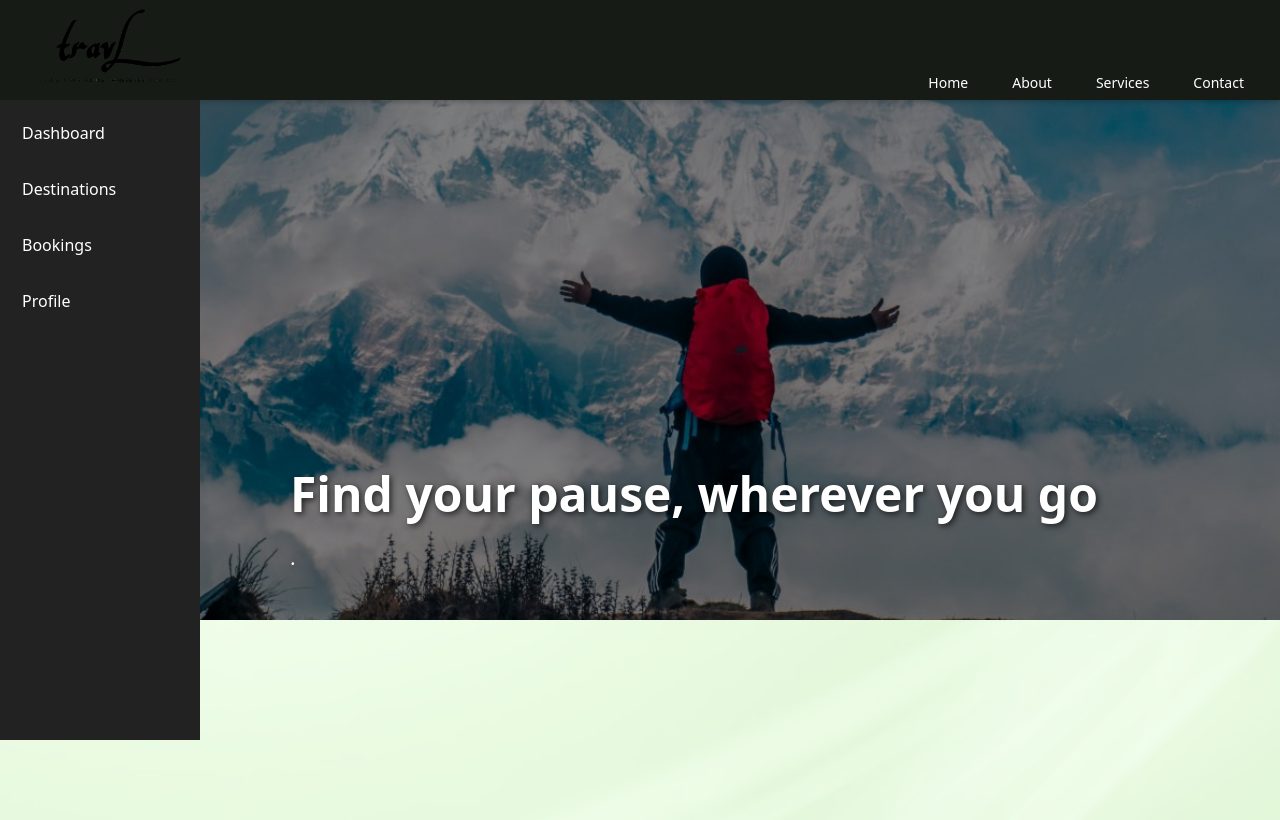
Repository: Nakib-Arman/Javafest25---travL
Page: / (app in Frontend/)
The author's editor kept a copy of each file at every save. The page is drawn from the files as they stood at one save, then again after the next save.
The browser window is 1280 px wide. The pictures show the whole page.
Pictures or frames that could not be fetched are drawn as grey boxes. The project was rebuilt for these pictures with package versions that can differ from the ones it lists, and the page was loaded fresh each time. Also part of the build but not shown: Frontend/vite.config.js.

Above is the page before, as saved 2025-08-13 01:13:40.

### Frontend/src/App.jsx
import { useState } from 'react'

import Home from './Components/Home'

function App() {
  const [count, setCount] = useState(0)

  return (
    <div>
      <Home/>
    </div>
  )
}

export default App

### Frontend/src/Components/Home.jsx
import React, { useState, useEffect } from 'react';
import '../CSS/Home.css';
import Topbar from './Topbar';
import Sidebar from './Sidebar';

import img1 from '../assets/travel1.jpg';
import img2 from '../assets/travel2.jpg';
import img3 from '../assets/travel3.jpg';
import logo from '../assets/Logo1.png';  // adjust the path as needed


export default function Home() {
  const images = [img1, img2, img3];
  const [currentIndex, setCurrentIndex] = useState(0);

  useEffect(() => {
    const timer = setInterval(() => {
      setCurrentIndex((prev) => (prev + 1) % images.length);
    }, 8000);
    return () => clearInterval(timer);
  }, [images.length]);

  return (
    <div className="home-container">
      <Topbar />
      <Sidebar />

      <div className="slideshow-container">
        <div
          className="slide-track"
          style={{ transform: `translateX(-${currentIndex * 100}%)` }}
        >
          {images.map((src, idx) => (
            <img key={idx} src={src} alt={`Slide ${idx}`} className="slide-image" />
          ))}
        </div>

        <div className="overlay-text">
          <h1>Find your pause, wherever you go</h1>
          <p>.</p>
        </div>
      </div>
    </div>
  );
}

### Frontend/src/CSS/Home.css
.home-container {
    margin: 0;
    padding: 0;

    height: 100vh;
    width: 100vw;

    background-image: url('../assets/background2.jpg');
    background-position: center;
    background-repeat: no-repeat;
    background-size: cover;

    position: relative;
    color: black;
}


.home-container::before {
    content: '';
    position: absolute;
    top: 0;
    left: 0;
    right: 0;
    bottom: 0;
    background: rgba(241, 255, 238, 0.9);
    z-index: 1;
    pointer-events: none;
  }



/* Slideshow adjusted to leave space for navbars */
.slideshow-container {
    position: relative;
    margin-top: 100px;
    /* space for topbar */
    margin-left: 180px;
    /* space for sidebar */
    width: calc(100% - 180px);
    height: calc(100% - 200px);
    /* 60% of viewport height */
    overflow: hidden;
    background-color: black;
    /* fallback */
    z-index: 2;
}

.slide-track {
    display: flex;
    transition: transform 0.8s ease-in-out;
    height: 100%;
}

.slide-image {
    min-width: 100%;
    height: 100%;
    object-fit: cover;
    opacity: 0.5;
}

/* Text overlay on slideshow */
.overlay-text {
    position: absolute;
  bottom: 5%;
  left: 10%;
  transform: none;
  text-align: left;
  color: white;
  text-shadow: 2px 2px 6px rgba(0, 0, 0, 0.7);
  z-index: 2;
}

.overlay-text h1 {
    font-size: 3rem;
    margin-bottom: 10px;
}

.overlay-text p {
    font-size: 1.3rem;
}

### Frontend/src/Components/Topbar.jsx
// src/components/Topbar.js
import React from 'react';
import '../CSS/Topbar.css';

export default function Topbar() {
  return (
    <nav className="topbar">
      <a className="logo-link" href="/"></a>

      <div className="nav-buttons">
        <button>Home</button>
        <button>About</button>
        <button>Services</button>
        <button>Contact</button>
      </div>
    </nav>
  );
}

### Frontend/src/Components/Sidebar.jsx
// src/components/Sidebar.js
import React from 'react';
import '../CSS/Sidebar.css';

export default function Sidebar() {
  return (
    <div className="sidebar">
      <button>Dashboard</button>
      <button>Destinations</button>
      <button>Bookings</button>
      <button>Profile</button>
    </div>
  );
}

### Frontend/src/CSS/Topbar.css
.topbar {
    position: fixed;
    top: 0;
    left: 0;
    right: 0;
    height: 100px;
    background-color: #161b16;
    display: flex;
    justify-content: space-between;
    align-items: flex-end;
    padding: 0 20px;
    box-shadow: 0 2px 5px rgba(0,0,0,0.2);
    z-index: 1000;
  }

  /* Logo */
  .logo-link {
    display: inline-block;
    height: 100px;   /* make bigger if needed */
    width: 180px;
    background-image: url('../assets/Logo1.png');
    background-size: contain;
    background-repeat: no-repeat;
    background-position: center;
  }

  /* Navigation buttons container */
  .nav-buttons {
    display: flex;
    gap: 12px;
  }

  /* Button styling */
  .nav-buttons button {
    background-color: transparent;
    color: white;
    border: none;
    padding: 8px 16px;
    border-radius: 6px;
    font-size: 14px;
    font-weight: 500;
    cursor: pointer;
    transition: background-color 0.3s ease;
  }

  .nav-buttons button:hover {
    background-color: white;
    color: black;
  }

### Frontend/src/CSS/Sidebar.css
.sidebar {
    position: fixed;
    top: 100px; /* below topbar height */
    left: 0;
    width: 180px;
    height: calc(100vh - 100px);
    background-color: #222;
    display: flex;
    flex-direction: column;
    padding: 10px;
    gap: 10px;
    z-index: 1000;
  }

  .sidebar button {
    background-color: transparent;
    color: white;
    border: none;
    padding: 12px;
    text-align: left;
    border-radius: 4px;
    cursor: pointer;
    transition: background-color 0.3s ease;
  }

  .sidebar button:hover {
    background-color: #666;
  }

Loaded but not shown: Frontend/index.html (common file); Frontend/src/main.jsx (common file); Frontend/src/index.css (common file)

After the next save:
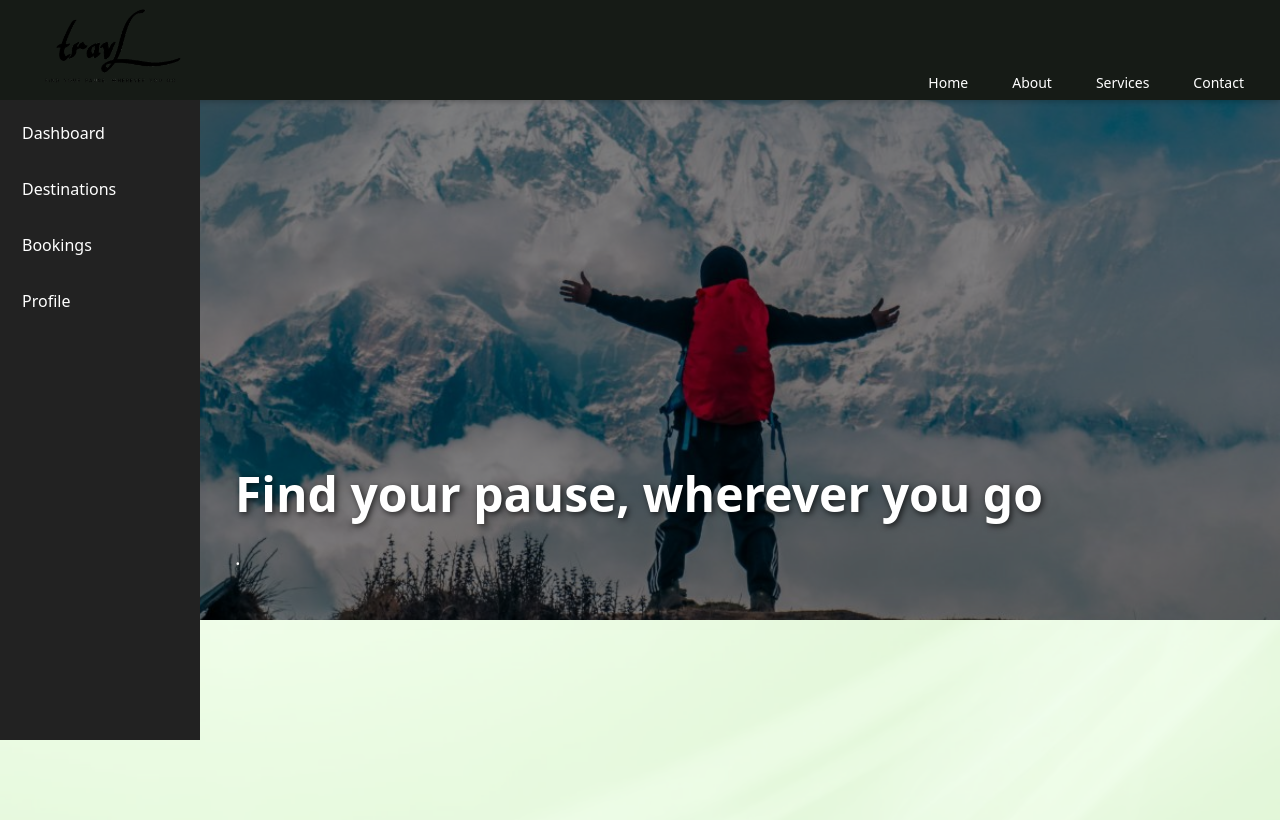
Saved 21 s later.
--- a/Frontend/src/CSS/Home.css
+++ b/Frontend/src/CSS/Home.css
@@ -62,7 +62,7 @@
 .overlay-text {
     position: absolute;
   bottom: 5%;
-  left: 10%;
+  left: 5%;
   transform: none;
   text-align: left;
   color: white;
